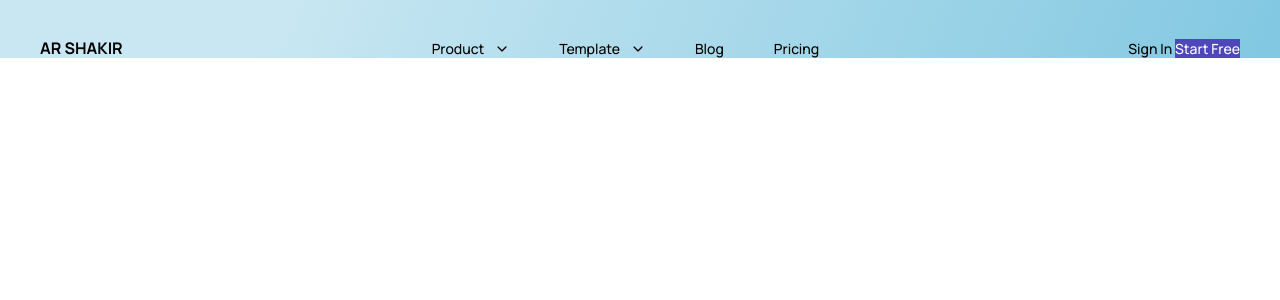
Repository: duongdori/ARShakir
Page: index.html
The author's editor kept a copy of each file at every save. The page is drawn from the files as they stood at one save, then again after the next save.
The browser window is 1280 px wide. The pictures show the whole page.

Above is the page before, as saved 2022-04-01 22:47:39.

After the next save:
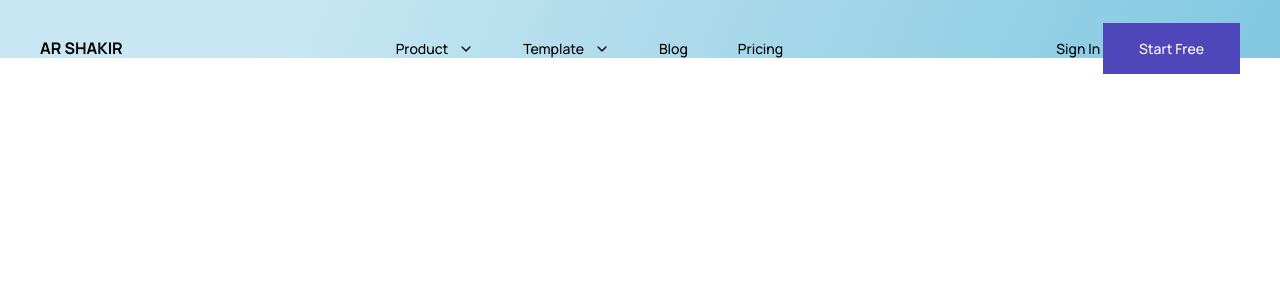
Saved 34 s later.
--- a/assets/css/main.css
+++ b/assets/css/main.css
@@ -113,5 +113,6 @@ body {
     color: #fff;
     text-decoration: none;
     background-color: #4F46BA;
+    padding: 16px 36px;
 
 }
